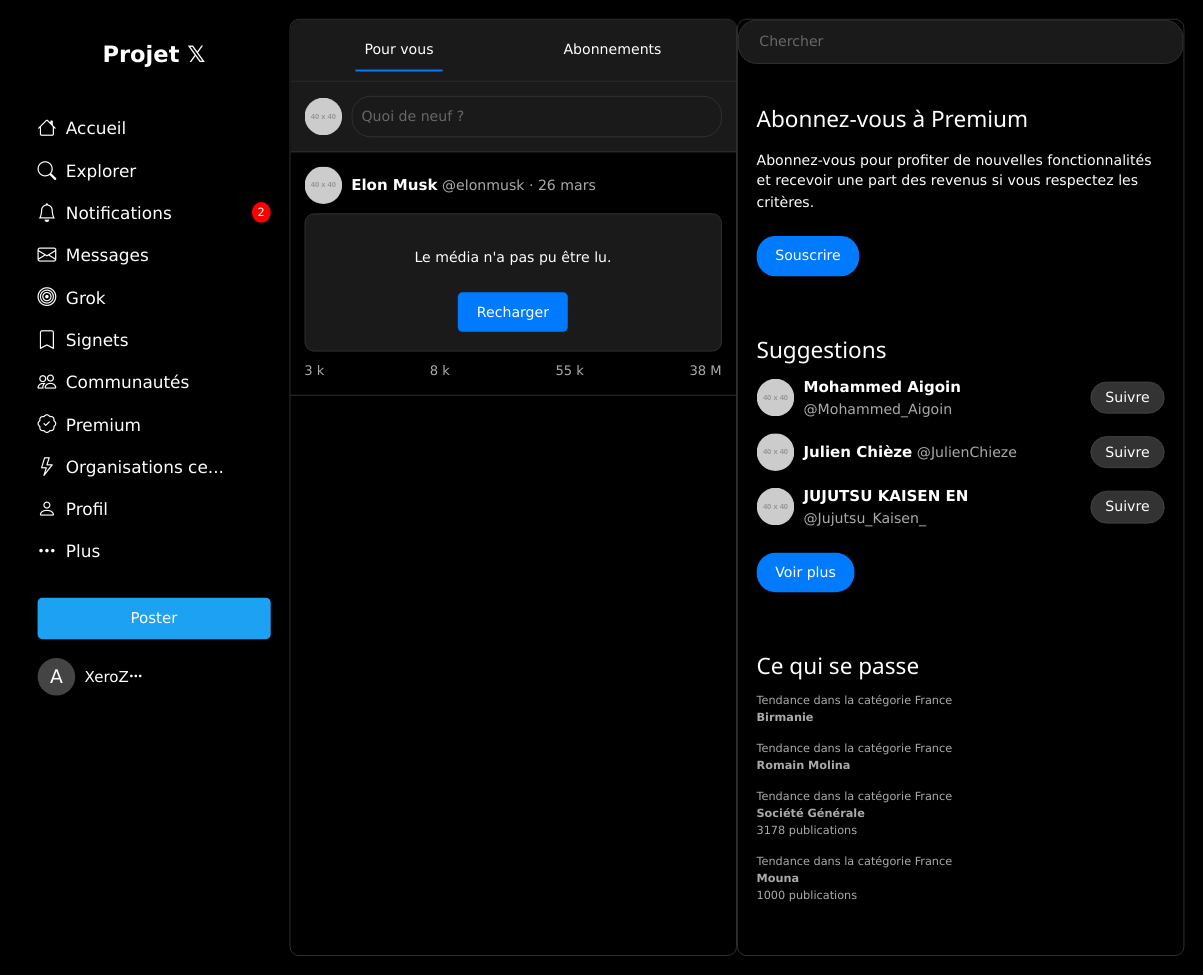
Repository: barriefl/ProjetX_BARRIER_MAULINE_MARQUES-FELIX_SERVONNET
Page: front/index.html
An editor plug-in stored every save of this project. The page is shown before and after a run of saves, followed by the edit.
The browser window is 1280 px wide. The pictures show the whole page, at 94% of full size.

Above is the page before, as saved 2025-03-28 09:22:39.

After the next 2 saves:
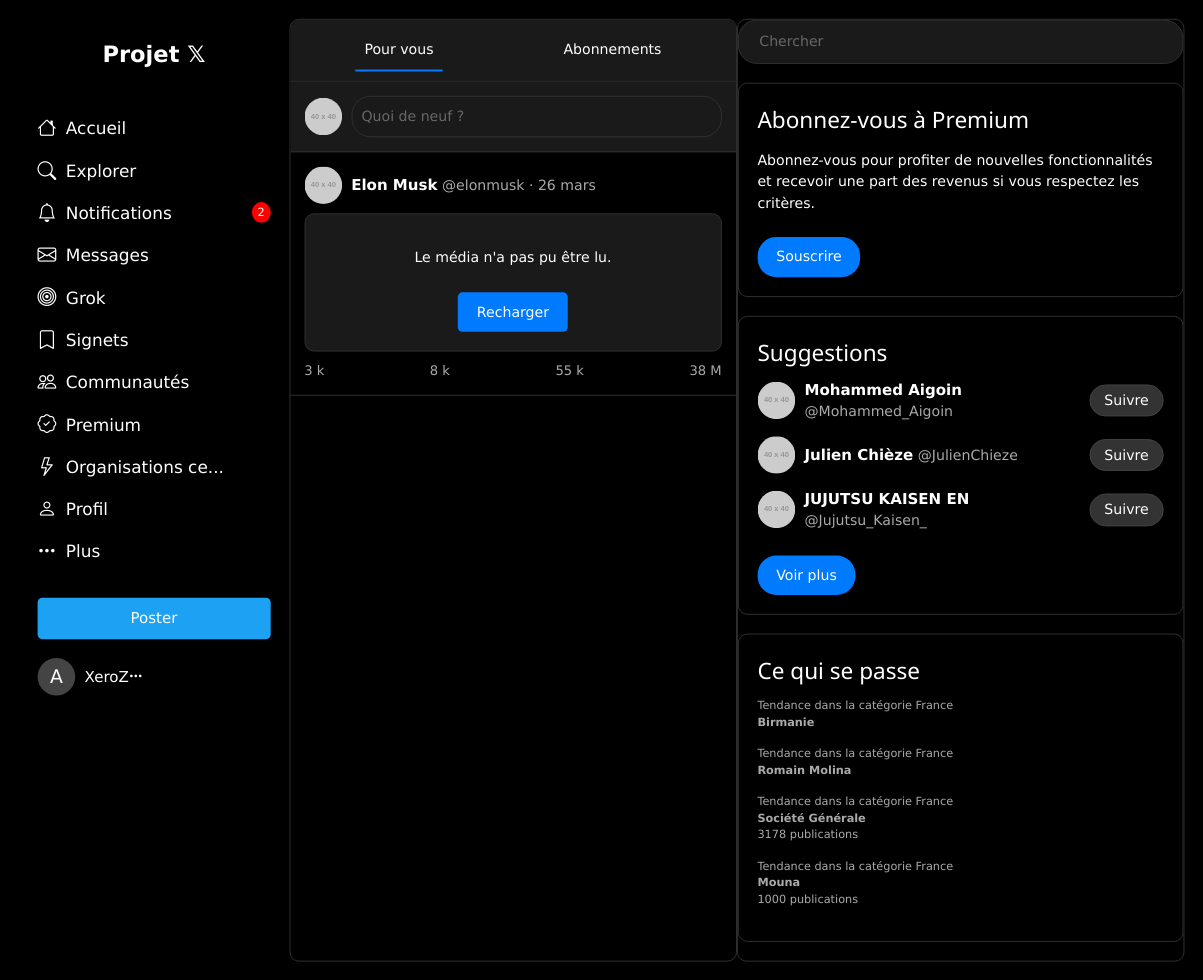
The 2 saves are shown as one change because they came seconds apart.
The last was saved 11 s later.
--- a/front/style.css
+++ b/front/style.css
@@ -226,7 +226,7 @@
  }
 
  .card {
-    border: ;
+    border: 1px solid #333;
      border-radius: 10px;
      padding: 20px;
      margin-bottom: 20px;
